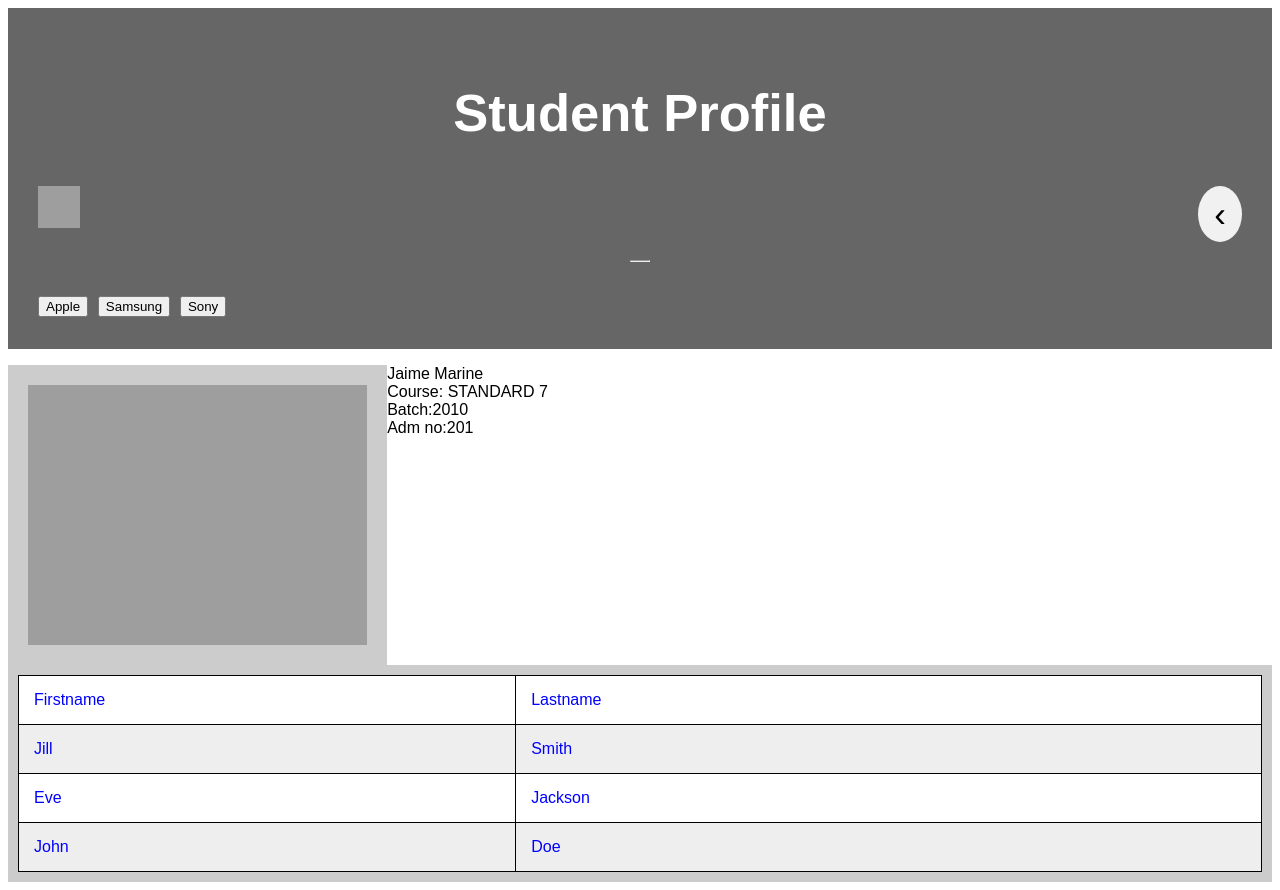
Repository: sandunigayanjali/Library_System
Page: http://localhost/library_management/studentProfile2.jsp
The author's editor kept a copy of each file at every save. The page is drawn from the files as they stood at one save, then again after the next save.
The browser window is 1280 px wide. The pictures show the whole page.
Pictures or frames that could not be fetched are drawn as grey boxes. The page is served by Tomcat 9.

Above is the page before, as saved 2018-11-24 09:52:47.

### library management/WebContent/studentProfile2.jsp
<%@ page language="java" contentType="text/html; charset=ISO-8859-1"
    pageEncoding="ISO-8859-1"%>
<!DOCTYPE html PUBLIC "-//W3C//DTD HTML 4.01 Transitional//EN" "http://www.w3.org/TR/html4/loose.dtd">
<html>
<head>
 <meta charset="utf-8">
<meta name="viewport" content="width=device-width, initial-scale=1">
<title>Insert title here</title>

<style>
* {
    box-sizing: border-box;
}

body {
    font-family: Arial, Helvetica, sans-serif;
}

/* Style the header */
header {
    background-color: #666;
    padding: 30px;
    text-align: center;
    font-size: 35px;
    color: white;
}

/* Create two columns/boxes that floats next to each other */
aside{
    float: left;
    width: 30%;
    height: 300px; /* only for demonstration, should be removed */
    background: #ccc;
    padding: 20px;
}

/* Style the list inside the menu */
nav ul {
    list-style-type: none;
    padding: 0;
}

article {
    float: left;
    padding: 20px;
    width: 70%;
    background-color: #ccc;
    height: 300px; /* only for demonstration, should be removed */
}

/* Clear floats after the columns */
section:after {
    content: "";
    display: table;
    clear: both;
}

/* Style the footer */
footer {
    background-color: #ccc;
    padding: 10px;
    text-align: center;
    color: white;
}

/* Responsive layout - makes the two columns/boxes stack on top of each other instead of next to each other, on small screens */
/*@media (max-width: 600px) {
    nav, article {
        width: 100%;
        height: auto;
    }
}*/

table {
    width:100%;
}
table, th, td {
    border: 1px solid black;
    border-collapse: collapse;
    padding:3px;
}
th, td {
    padding: 15px;
    text-align: left;
}
table#t01 tr:nth-child(even) {
    background-color: #eee;

}
table#t01 tr:nth-child(odd) {
   background-color: #fff;

}
table{
border-spacing:3px;
}

a {
    text-decoration: none;
    display: inline-block;
    padding: 8px 16px;
}

a:hover {
    background-color: #ddd;
    color: black;
}

.previous {
    background-color: #f1f1f1;
    color: black;
}

.next {
    background-color: #4CAF50;
    color: white;
}

.round {
    border-radius: 50%;
}

</style>

</head>
<body>

<header>
  <h2>Student Profile</h2>

  <div align="right">

<img src="F:\library mangement\th.jpg" alt="HTML tutorial" style="float:left;width:42px;height:42px;border:0;">

<a href="#" class="previous round">&#8249;</a>
</div>
  <div><hr width="20px"></div>
  <div class="container">
 <div class="btn-group" align="left">
 <align="left">   <button type="button" class="btn btn-primary" >Apple</button>
    <button type="button" class="btn btn-primary">Samsung</button>

    <button type="button" class="btn btn-primary dropdown-toggle" data-toggle="dropdown">
    Sony<span class="caret"></span></button>
  </align>
</header>





<section>
<aside>
<img src="F:\library mangement\man.jpg" alt="Smiley face" width="100%" height="100%" align="left"></div>

</aside>
  <nav>
    <ul>
      <li>Jaime Marine</li>
      <li>Course: STANDARD 7</li>
      <li>Batch:2010</li>
       <li>Adm no:201</li>
    </ul>
  </nav>


</section>
<center>
<footer>
<font color="blue" border-spacing:"3px">
 <table id="t01" >
  <tr>
    <td width=40%>Firstname</td>
    <td width=60%>Lastname</td>

  </tr>
  <tr>
    <td width=40%>Jill</td>
    <td width=60%>Smith</td>

  </tr>
  <tr>
    <td width=40%>Eve</td>
    <td width=60%>Jackson</td>

  </tr>
  <tr>
    <td width=40%>John</td>
    <td width=60%>Doe</td>

  </tr>
</table>
</font>
</footer></center>
</body>
</html>

After the next save:
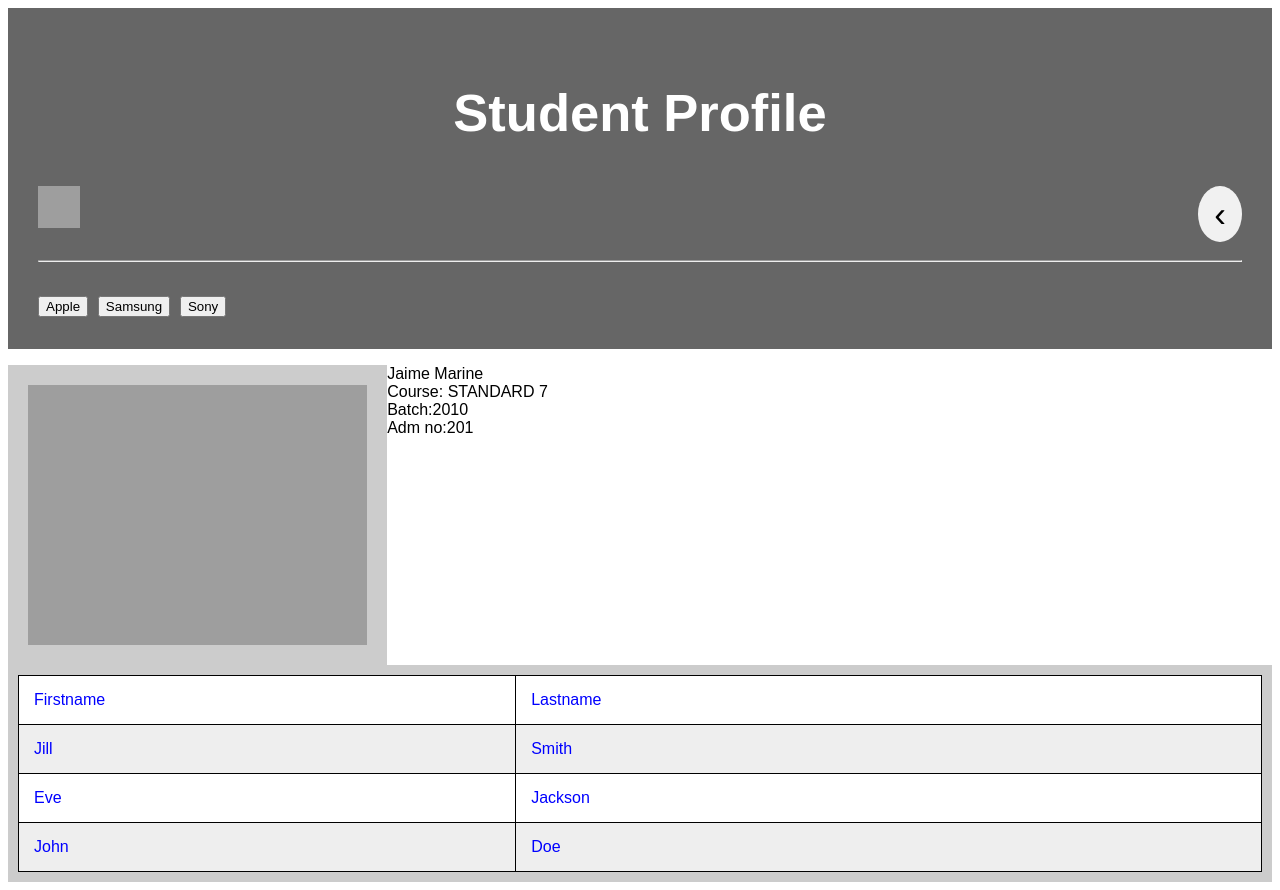
Saved 82 s later.
--- a/library management/WebContent/studentProfile2.jsp
+++ b/library management/WebContent/studentProfile2.jsp
@@ -134,7 +134,7 @@ a:hover {
 
 <a href="#" class="previous round">&#8249;</a>
 </div>
-  <div><hr width="20px"></div>
+  <div><hr></div>
   <div class="container">
  <div class="btn-group" align="left">
  <align="left">   <button type="button" class="btn btn-primary" >Apple</button>
